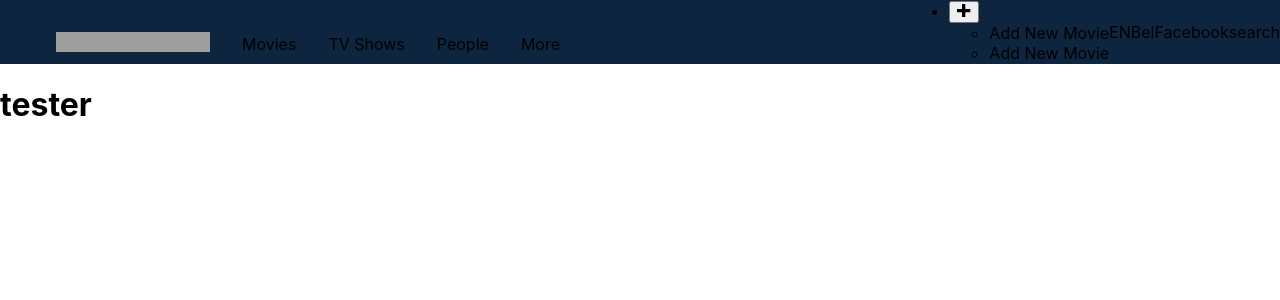
Repository: Fauzaanmhmd/qnpTesFrontend
Page: /
The author's editor kept a copy of each file at every save. The page is drawn from the files as they stood at one save, then again after the next save.
The browser window is 1280 px wide. The pictures show the whole page.
Pictures or frames that could not be fetched are drawn as grey boxes. The page's requests for data from a server got no answer. The project was rebuilt for these pictures with package versions that can differ from the ones it lists, and the page was loaded fresh each time. The framework's server and built-in components were replaced by stand-ins that run in the browser. No one was signed in, and anything a server would have sent is missing. Also part of the build but not shown: next.config.js, styles/Moviecard.module.scss, pages/components/Moviecard.tsx.

Above is the page before, as saved 2022-03-17 13:47:55.

### pages/index.tsx
import type { NextPage } from 'next'
import styles from '../styles/Home.module.scss'
import Section from './Section'
import { useEffect, useState } from 'react'
import axios from 'axios'
import MovieCard from './components/Moviecard'
import Youtube from 'react-youtube'
import { ReactNode } from 'react'
import Navbar from './components/Navbar'


const Home: NextPage = () => {

  const MOVIE_API = "https://api.themoviedb.org/3"
  const SEARCH_API = MOVIE_API + "search/movie"
  const BACKDROP_PATH = "https://image.tmdb.org/t/p/w1280"
  const API_KEY = "b3802c15c1569a1a0caa6bee01c6f23e"
  const DISCOVER_API = `${MOVIE_API}/discover/movie`

  const [movie, setMovie] = useState({ title: "Loading Movies" })
  const [trailer, setTrailer] = useState(null)
  const [playing, setPlaying] = useState(false)
  const [movies, setMovies] = useState([])
  const [searchKey, setSearchKey] = useState("")

  useEffect(() => {
    fetchMovies()
  }, [])

  const fetchMovies = async () => {

    const { data } = await axios.get(`${searchKey ? SEARCH_API : DISCOVER_API}`, {
      params: {
        api_key: API_KEY,
        query: searchKey
      }
    })

    console.log(data)
    setMovies(data.results)
  }

  const renderMovies = () => {
    return movies?.map((movie: any) => (
      <MovieCard
        key={movie.id}
        movie={movie}
      />
    ))
  }

  return (
    <div>
      <header>
        <Navbar />
      </header>
      <div>
        <h1>tester</h1>
        <div className={styles.container}>
          {renderMovies()}
        </div>
      </div>
    </div>
  )

}


export default Home

### styles/Home.module.scss
.container {
    display: flex;
    align-items: center;
    flex-wrap: nowrap;
    flex-direction: row;
    margin-top: 8px;
    margin-left: 2rem;
    max-width: 100%;
    overflow-x: auto;
}

### pages/components/Navbar.tsx
import styles from "../../styles/Navbar.module.scss"
import { ImPlus } from "react-icons/im";
const Navbar = () => {
    return (
        <div className={styles.Navbar}>
            <div className={styles.MenuBar}>
                <ul className={styles.NavbarItem}>
                    <li><img src="https://www.themoviedb.org/assets/2/v4/logos/v2/blue_short-8e7b30f73a4020692ccca9c88bafe5dcb6f8a62a4c6bc55cd9ba82bb2cd95f6c.svg" /></li>
                    <li><a>Movies</a>
                        <div className={styles.Submenu}>
                            <ul>
                                <li>Popular</li>
                                <li>Now Playing</li>
                                <li>Upcoming</li>
                                <li>Top Rated</li>
                            </ul>
                        </div>
                    </li>
                    <li><a>TV Shows</a>
                        <div className={styles.Submenu}>
                            <ul>
                                <li>Popular</li>
                                <li>Now Playing</li>
                                <li>Upcoming</li>
                                <li>Top Rated</li>
                            </ul>
                        </div>
                    </li>
                    <li><a>People</a>
                        <div className={styles.Submenu}>
                            <ul>
                                <li>Popular</li>
                            </ul>
                        </div>
                    </li>
                    <li><a>More</a>
                        <div className={styles.Submenu}>
                            <ul>
                                <li>Discussion</li>
                                <li>Leaderbord</li>
                                <li>Support</li>
                                <li>API</li>
                            </ul>
                        </div>
                    </li>
                </ul>
            </div>
            <div className={styles.NavbarIcon}>
                <div className={styles.menuBar}>
                    <ul>
                        <li><button><ImPlus /></button>
                            <div>
                                <ul>
                                    <li>Add New Movie</li>
                                    <li>Add New Movie</li>
                                </ul>
                            </div>
                        </li>
                    </ul>
                </div>
                <div>
                    EN
                </div>
                <div>
                    Bel
                </div>
                <div>
                    Facebook
                </div>
                <div>
                    search
                </div>
            </div>
        </div>
    )
}

export default Navbar

### styles/Navbar.module.scss
@import "./utils/utils.scss";

.Navbar {
    display: flex;
    justify-content: space-between;
    background-color: $darkblue;
    width: 100%;
    height: 4rem;
}

.MenuBar {
    text-align: center;
}

.MenuBar ul {
    display: inline-flex;
    list-style: none;
}

.MenuBar ul li {
    padding: 1rem;
}

.NavbarItem {
    display: flex;
    align-items: center;

    img {
        width: 154px;
        height: 20px;
    }
}

.NavbarIcon {
    display: flex;
    align-items: center;
}

.Submenu {
    display: none;
}

.MenuBar ul li:hover {
    background: $lightgreen;
    border-radius: 3px;
}

.MenuBar ul li:hover .Submenu {
    display: block;
    position: absolute;
    background-color: $white;
    margin-top: 10px;
    margin-left: -15px;
    width: 13rem;
    cursor: pointer;
}

.MenuBar li a {
    cursor: pointer;
    text-decoration: none;
}

.MenuBar ul li:hover .Submenu ul {
    display: block;
    margin: 10px;
}

.MenuBar ul li:hover .Submenu ul {
    padding: 5px;
    background: transparent;
    text-align: left;
}

### styles/utils/utils.scss
@import "./color.scss";

### styles/utils/color.scss
$lightgreen : #90cea1;
$white: #FFFFFF;
$lightblue: #01b4e4;
$darkblue: #0d253f;

Loaded but not shown: pages/_app.tsx (common file); styles/globals.scss (common file)

After the next save:
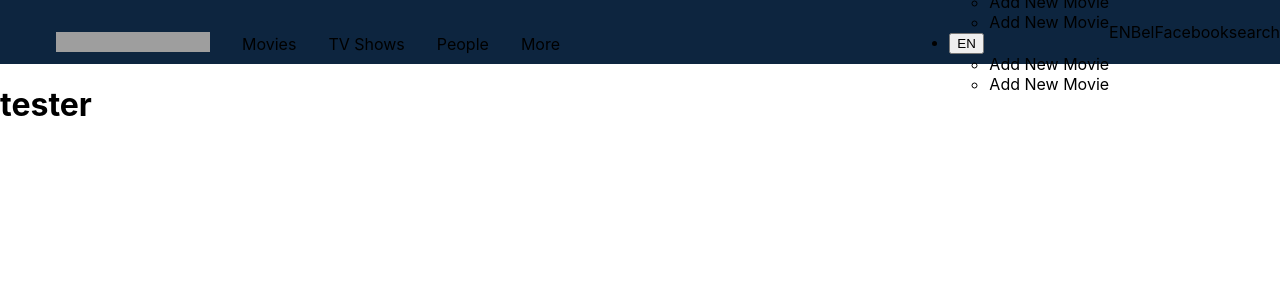
Saved 3 min 53 s later.
--- a/pages/components/Navbar.tsx
+++ b/pages/components/Navbar.tsx
@@ -56,6 +56,14 @@
                                 </ul>
                             </div>
                         </li>
+                        <li><button>EN</button>
+                            <div>
+                                <ul>
+                                    <li>Add New Movie</li>
+                                    <li>Add New Movie</li>
+                                </ul>
+                            </div>
+                        </li>
                     </ul>
                 </div>
                 <div>
